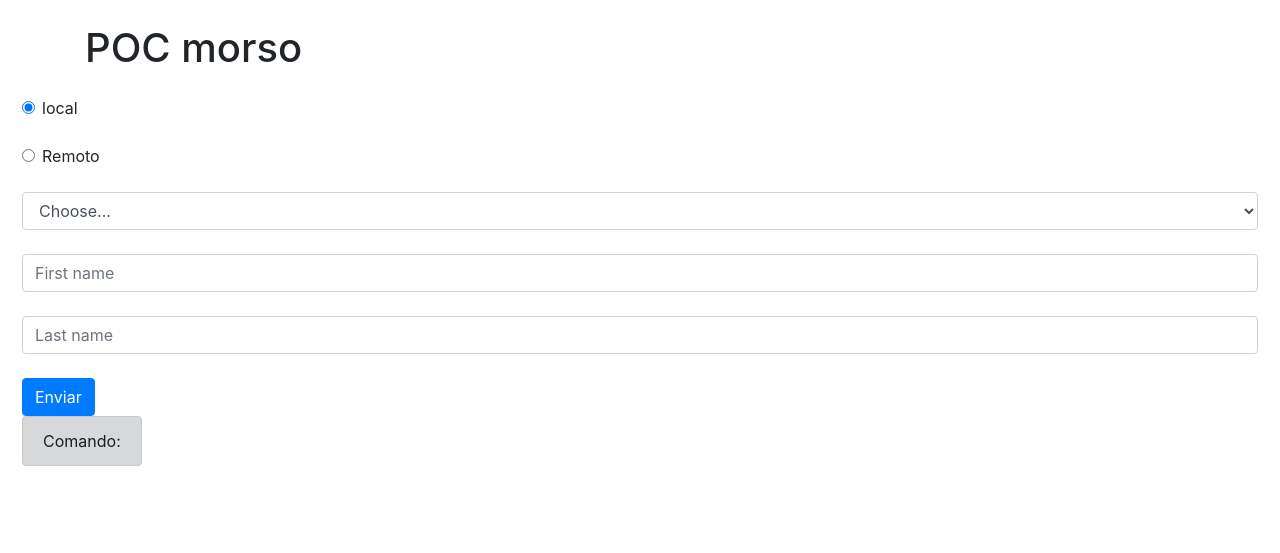
Repository: marisaoliva/poc-execute-cmd
Page: index.html
The author's editor kept a copy of each file at every save. The page is drawn from the files as they stood at one save, then again after the next save.
The browser window is 1280 px wide. The pictures show the whole page.

Above is the page before, as saved 2019-03-01 15:02:43.

After the next save:
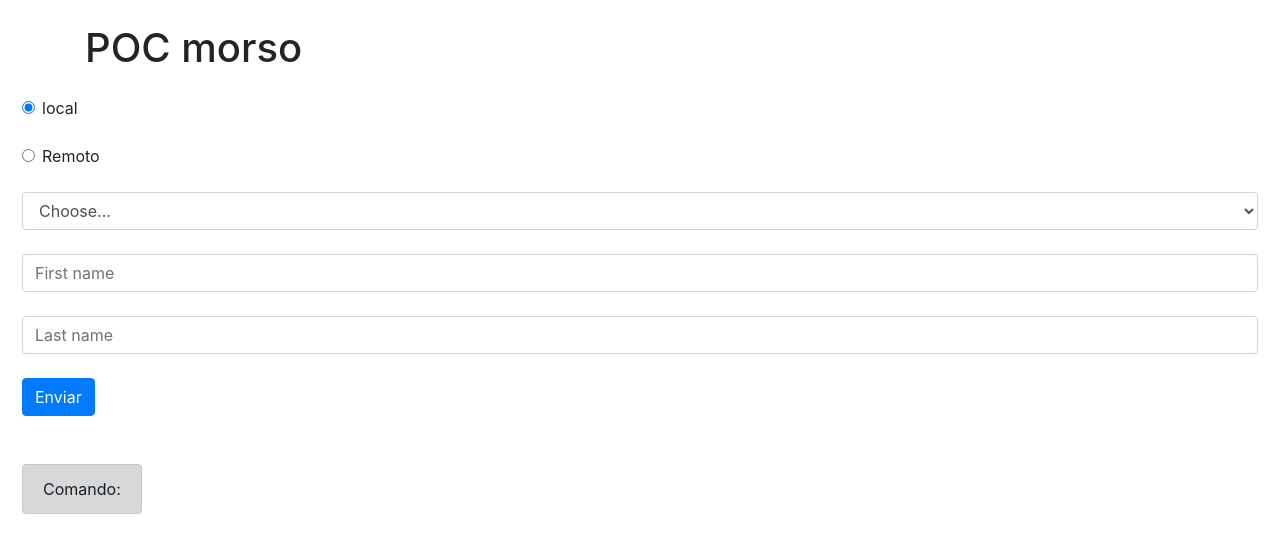
Saved 24 s later.
--- a/index.html
+++ b/index.html
@@ -34,7 +34,7 @@
                     <div class='row mt-4'>
                        <button type="button" class="btn btn-primary">Enviar</button>
                     </div>
-                    <div class='row'>
+                    <div class='row mt-5'>
                         <div class="alert alert-dark" role="alert">
                             Comando: <span id='command'></span>
                         </div>
